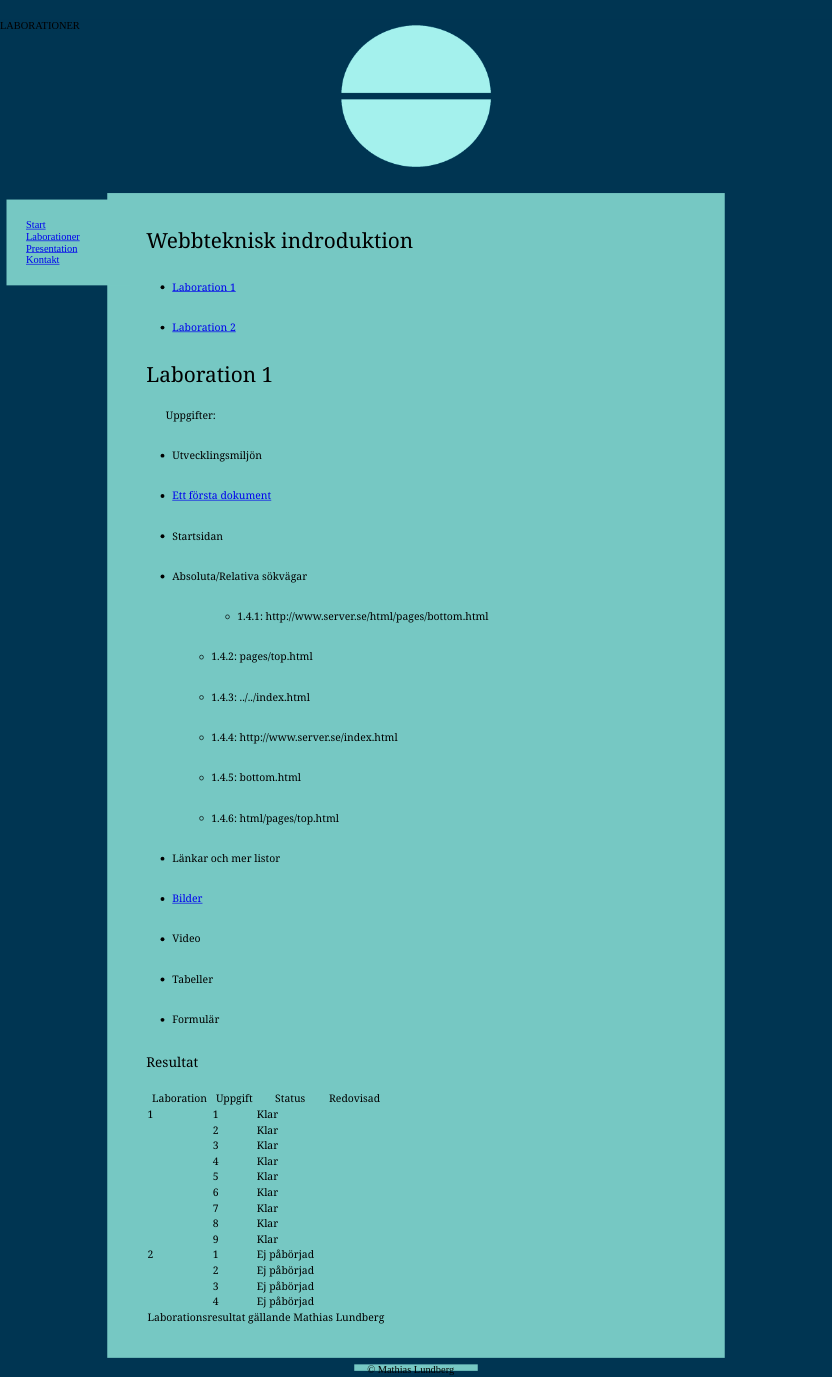
Repository: ml223nw/1ik415-laborationer
Page: pages/laborationer.html
The author's editor kept a record of every edit. The page is drawn from the files as they stood at one moment, then again after the next edit.
The browser window is 1280 px wide. The pictures show the whole page, at 65% of full size.

Above is the page before.

### pages/laborationer.html
<!DOCTYPE html>
<html lang="sv">
    <head>
        <meta charset="utf-8">
        <title>Laborationer - Mathias portal</title>
        <link rel="stylesheet" href="../css/style.css"/>
    </head>
    <body>
    <div id='container'>
    <div id="header">
        <h1>LABORATIONER</h1>
        </div>
        <div id='navigation'>
            <ul>
                <li><a href="../index.html">Start</a></li>
                <li><a href="laborationer.html">Laborationer</a></li>
                <li><a href="presentation.html">Presentation</a></li>
                <li><a href="kontakt.html">Kontakt</a></li>
            </ul>
        </div>
        <div id='content'>
        <h2>Webbteknisk indroduktion</h2>

            <ul>
        <li><a href="http://coursepress.lnu.se/kurs/webbteknisk-introduktion/laborationer/l01-struktur-och-innehall/">Laboration 1</a></li>
            <li><a href="https://coursepress.lnu.se/kurs/webbteknisk-introduktion/laborationer/l02-en-stiligare-portal/">Laboration 2</a></li>
    </ul>

        <h2>Laboration 1</h2>

        <p>Uppgifter:</p>

    <ul>
      <li>Utvecklingsmiljön</li>
      <li><a href="../pages/presentation.html#jag">Ett första dokument</a></li>
      <li>Startsidan</li>

      <li>Absoluta/Relativa sökvägar
        <ul>
          <li>1.4.1: http://www.server.se/html/pages/bottom.html</li>
        </ul>
      </li>

      <ul>
        <li>1.4.2: pages/top.html</li>
      </ul>

      <ul>
        <li>1.4.3: ../../index.html</li>
      </ul>

      <ul>
        <li>1.4.4: http://www.server.se/index.html</li>
      </ul>

      <ul>
        <li>1.4.5: bottom.html</li>
      </ul>

      <ul>
        <li>1.4.6: html/pages/top.html</li>
      </ul>


      <li>Länkar och mer listor</li>
      <li><a href="../index.html#svg">Bilder</a></li>
      <li>Video</li>
      <li>Tabeller</li>
      <li>Formulär</li>

    </ul>


          <h3>Resultat</h3>
  <table border='1'>
    <thead>
      <tr>
        <th>Laboration</th>
        <th>Uppgift</th>
        <th>Status</th>
        <th>Redovisad</th>
      </tr>
    </thead>
    <tbody>
      <tr>
      <td rowspan="9">1</td>
        <td>1</td>
        <td>Klar</td>
        <td></td>
      </tr>

          <tr>
            <td>2</td>
            <td>Klar</td>
            <td></td>
          </tr>

          <tr>
            <td>3</td>
            <td>Klar</td>
            <td></td>
          </tr>

          <tr>
            <td>4</td>
            <td>Klar</td>
            <td></td>
          </tr>

          <tr>
            <td>5</td>
            <td>Klar</td>
            <td></td>
          </tr>

          <tr>
            <td>6</td>
            <td>Klar</td>
            <td></td>
          </tr>

          <tr>
            <td>7</td>
            <td>Klar</td>
            <td></td>
          </tr>

          <tr>
            <td>8</td>
            <td>Klar</td>
            <td></td>
          </tr>

          <tr>
            <td>9</td>
            <td>Klar</td>
            <td></td>
          </tr>

          <tr>
          <td rowspan="4">2</td>
            <td>1</td>
            <td>Ej påbörjad</td>
            <td></td>
          </tr>

          <tr>
            <td>2</td>
            <td>Ej påbörjad</td>
            <td></td>
          </tr>

          <tr>
            <td>3</td>
            <td>Ej påbörjad</td>
            <td></td>
          </tr>

          <tr>
            <td>4</td>
            <td>Ej påbörjad</td>
            <td></td>
          </tr>
          </tbody>
      <tfoot>
      <tr>
          <td colspan="4">Laborationsresultat gällande Mathias Lundberg</td>
      </tr>
      </tfoot>
  </table>
  </div>
    <div id="footer">
    <p><p>© Mathias Lundberg</p>
    </div>
        </body>
</html>

### css/style.css
/* http://meyerweb.com/eric/tools/css/reset/
   v2.0 | 20110126
   License: none (public domain)
*/
html, body, div, span, applet, object, iframe,
h1, h2, h3, h4, h5, h6, p, blockquote, pre,
a, abbr, acronym, address, big, cite, code,
del, dfn, em, img, ins, kbd, q, s, samp,
small, strike, strong, sub, sup, tt, var,
b, u, i, center,
dl, dt, dd, ol, ul, li,
fieldset, form, label, legend,
table, caption, tbody, tfoot, thead, tr, th, td,
article, aside, canvas, details, embed,
figure, figcaption, footer, header, hgroup,
menu, nav, output, ruby, section, summary,
time, mark, audio, video {
	margin: 0;
	padding: 0;
	border: 0;
	font-size: 100%;
	font: inherit;
	vertical-align: baseline;
}

body {
		background-color:#003552;
		alignment-adjust:middle;
}

/* HTML5 display-role reset for older browsers */
article, aside, details, figcaption, figure,
footer, header, hgroup, menu, nav, section

#container {
    width:1024px;
    margin-left:auto;
    margin-right:auto;
    color:#004a74;
    background-color:#76c8c3;
	}

#header {
	margin-top:30px;
	margin-bottom:30px;
	background-color:#003552;
	background-image: url('../pics/logoTop.png');
	background-position: center;
	background-repeat: no-repeat;
	height:237px;
    }

#pageTitle {
    margin-right:20px;
	margin-top:10px;
	margin-bottom:10px;
    }

#navigation {
	margin-top:10px;
	margin-bottom:10px;
	float:left;
	background-color:#76c8c3;
	width:190px;
	margin-right:10px;
	margin-left:10px;
	}

#content {
	margin-left: auto;
    margin-right: auto;
	background-color: #76c8c3;
	width:950px;
	font-family:Georgia, serif;
	padding-top:20px;
	padding-bottom:20px;
	margin-top:10px;
	margin-bottom:10px;
	}

#navigation ul {
    margin-top:5px;
    margin:30px;
    padding-right:20px;
    list-style:none;
	}

	#content p {
    margin:30px 90px 30px 90px;
    }

	#content h2 {
    font-size:200%;
    }

   	#content h3 {
    font-size:130%;
    }

    #content legend {
    font-size:200%;
    }

#content h1, h2, h3, h4, video, img, form, ul, ol, table {
    margin:30px 60px 30px 60px;
    }

#content li {
    margin:40px;
    }

#footer {
	margin-left:auto;
	margin-right:auto;
	margin-top:10px;
	margin-bottom:10px;
    background-color:#76c8c3;
    width:190px;
    height:10px;
    font-family:"Times New Roman", serif;
    font-size:2;
    clear:both;
}

#footer p {
	margin-left:20px;
}

After the next edit:
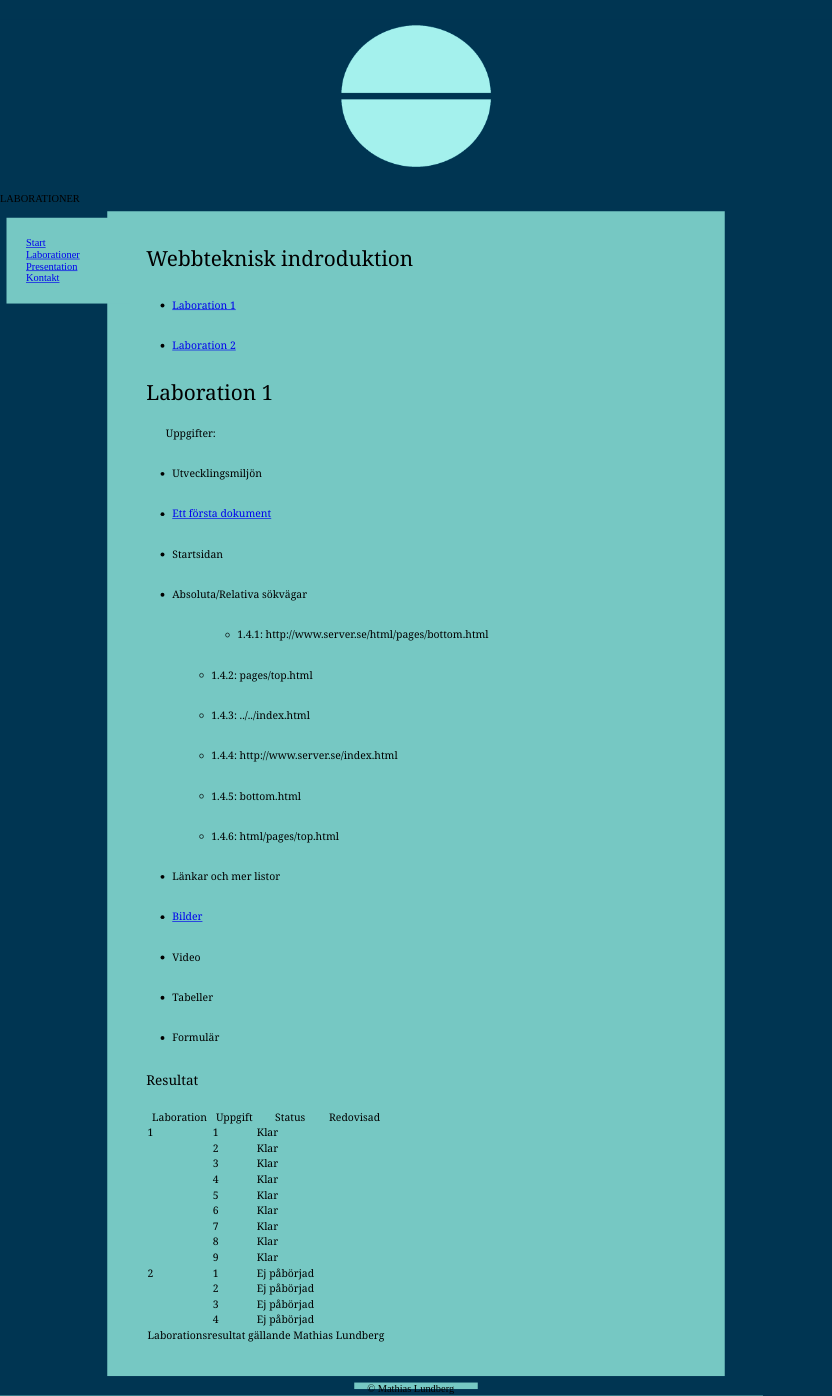
The edit:
--- a/pages/laborationer.html
+++ b/pages/laborationer.html
@@ -8,6 +8,8 @@
     <body>
     <div id='container'>
     <div id="header">
+        </div>
+        <div id=pageTitle>
         <h1>LABORATIONER</h1>
         </div>
         <div id='navigation'>
